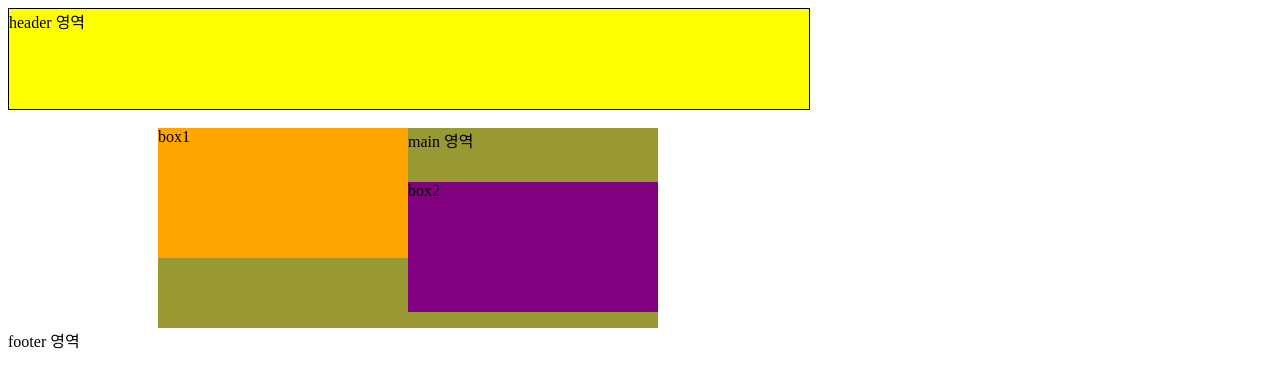
Repository: Seokho96/CSSPractice
Page: css/work01/WebContent/index02.html
These files come from the project's save history. The page is drawn as it stood at one moment and after the next save; the edit follows.
The browser window is 1280 px wide. The pictures show the whole page.

Above is the page before, as saved 2020-07-13 06:32:53.

### css/work01/WebContent/index02.html
<!DOCTYPE html>
<html>
<head>
<meta charset="UTF-8">
<title>Insert title here</title>

<style type="text/css">
#header{
   width: 800px;
   height: 100px;
   border: 1px solid black;
   background-color: yellow;
}
#main{
   width: 500px;
   height: 200px;
   background-color: #999933;
   margin-left: 150px;
}
#box1{
   width: 250px;
   height:130px;
   background-color: orange;

   float: left;
}
 #box2{
   width: 250px;
   height:130px;
   background-color: purple;
   margin-top: 30px;
   float: right;

}
</style>
</head>
<body>

<div id="header" >header 영역</div><br>


<div id="main">main 영역
<div id="box1">box1</div>
<div id="box2">box2</div>
</div>

<div id="footer">footer 영역</div>
</body>
</html>

After the next save:
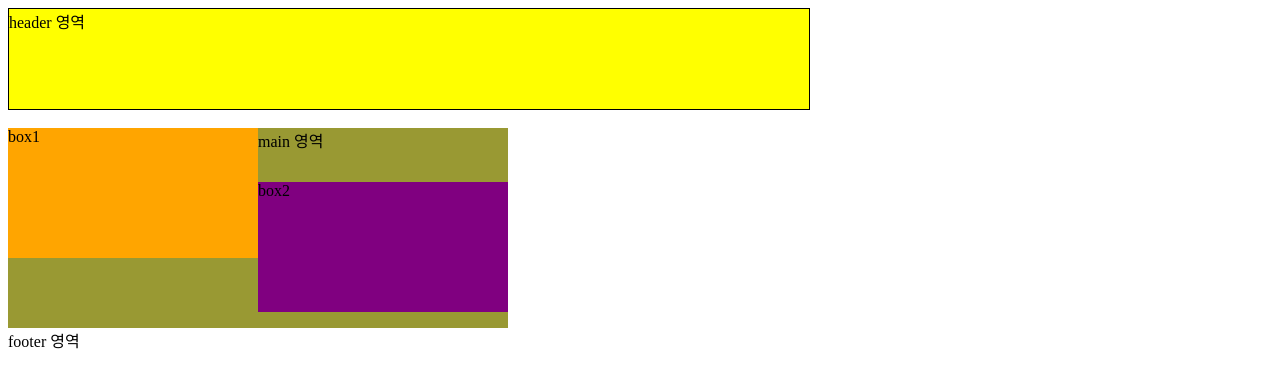
Saved 41 s later.
--- a/css/work01/WebContent/index02.html
+++ b/css/work01/WebContent/index02.html
@@ -15,13 +15,12 @@
    width: 500px;
    height: 200px;
    background-color: #999933;
-   margin-left: 150px;
+
 }
 #box1{
    width: 250px;
    height:130px;
    background-color: orange;
-
    float: left;
 }
  #box2{
